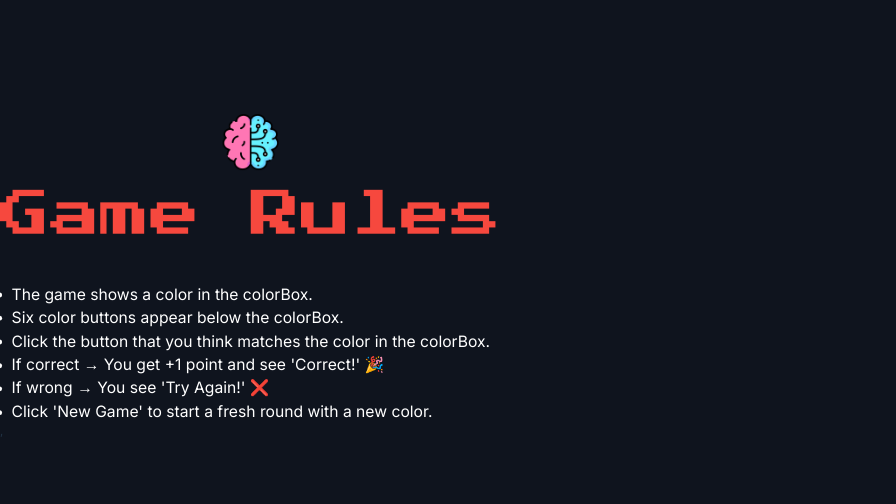
Repository: Shenixo/Color_match_game
Page: /rules
An editor plug-in stored every save of this project. The page is shown before and after a run of saves, followed by the edit.
The browser window is 1280 px wide. The pictures show the part of the page from y = 0 to 1920 px (the page is 720 px tall before and 4368 px after), at 70% of full size.
The project was rebuilt for these pictures with package versions that can differ from the ones it lists, and the page was loaded fresh each time. Also part of the build but not shown: vite.config.js, src/Components/Tab/Tab.css, src/Components/Tab/Tab.jsx, src/Pages/Home/Home.jsx.

Above is the page before, as saved 2025-02-03 06:13:34.

### index.html
<!DOCTYPE html>
<html lang="en">
  <head>
    <meta charset="UTF-8" />
    <link rel="icon" type="image/svg+xml" href="/vite.svg" />
    <meta name="viewport" content="width=device-width, initial-scale=1.0" />
    <link rel="preconnect" href="https://fonts.googleapis.com" />
    <link rel="preconnect" href="https://fonts.gstatic.com" crossorigin />
    <link rel="preconnect" href="https://fonts.googleapis.com">
<link rel="preconnect" href="https://fonts.gstatic.com" crossorigin>
<link href="https://fonts.googleapis.com/css2?family=Inter:ital,opsz,wght@0,14..32,100..900;1,14..32,100..900&family=Poppins:ital,wght@0,100;0,200;0,300;0,400;0,500;0,600;0,700;0,800;0,900;1,100;1,200;1,300;1,400;1,500;1,600;1,700;1,800;1,900&family=Press+Start+2P&display=swap" rel="stylesheet">
    <title>Color Match</title>
  </head>
  <body>
    <div id="root"></div>
    <script type="module" src="/src/main.jsx"></script>
  </body>
</html>

### src/App.jsx
import { Route, Routes } from "react-router-dom";
import "./App.css";
import Home from "./Pages/Home/Home";
import Rules from "./Pages/Rules/Rules";

function App() {
  return (
    <div>
      <Routes>
        <Route path="/" element={<Home />} />
        <Route path="/rules" element={<Rules />} />
      </Routes>
    </div>
  );
}

export default App;

### src/App.css
*{
  padding: 0;
  margin: 0;
  box-sizing: border-box;
  font-family: "Inter", serif;
}
body{
  background: #0f141e;
}

### src/Pages/Rules/Rules.jsx
import Title from "../../Components/Title/Title";
import "./Rules.css"
const Rules = () => {
  return (
    <div>
      <div className="container">
        <Title content="Game Rules" />

        <ul className="rules">
          {gameRules.map((rule) => (
            <li key={rule}>{rule}</li>
          ))}
        </ul>
      </div>
    </div>
  );
};

export default Rules;
const gameRules = [
  "The game shows a color in the colorBox.",
  "Six color buttons appear below the colorBox.",
  "Click the button that you think matches the color in the colorBox.",
  "If correct → You get +1 point and see 'Correct!' 🎉",
  "If wrong → You see 'Try Again!' ❌",
  "Click 'New Game' to start a fresh round with a new color.",
];

### src/Components/Title/Title.jsx
/* eslint-disable react/prop-types */
import "./Title.css"
import brain from "../../assets/brain.png"
import { Link } from "react-router-dom"
const Title = ({content}) => {
  return (
    <div className="title">
          <h1>{content}</h1>
          <Link to="/">
          <img src={brain} alt="Brain image" width={80} />
          </Link>
    </div>
  )
}

export default Title

### src/Pages/Home/Home.css
.home{
    width: 100%;
    max-height: 100svh;
}
.container{
    display: flex;
    align-items: center;
    justify-content: center;
    margin-top: 10%;
    flex-direction: column;
    gap: 1rem;
}

### src/Pages/Rules/Rules.css
.rules{
    color: white;
    font-size: 1.4rem;
}

### src/Components/Title/Title.css
.title {
  display: flex;
  align-items: center;
  gap: 1rem;
  color: #f6483e;
  font-size: 1.4rem;
  margin-bottom: 2.5rem;
  flex-direction: column-reverse;
}
.title h1 {
  font-family: "Press Start 2P", serif;
}

Loaded but not shown: src/main.jsx (common file); src/index.css (common file)

After the next 2 saves:
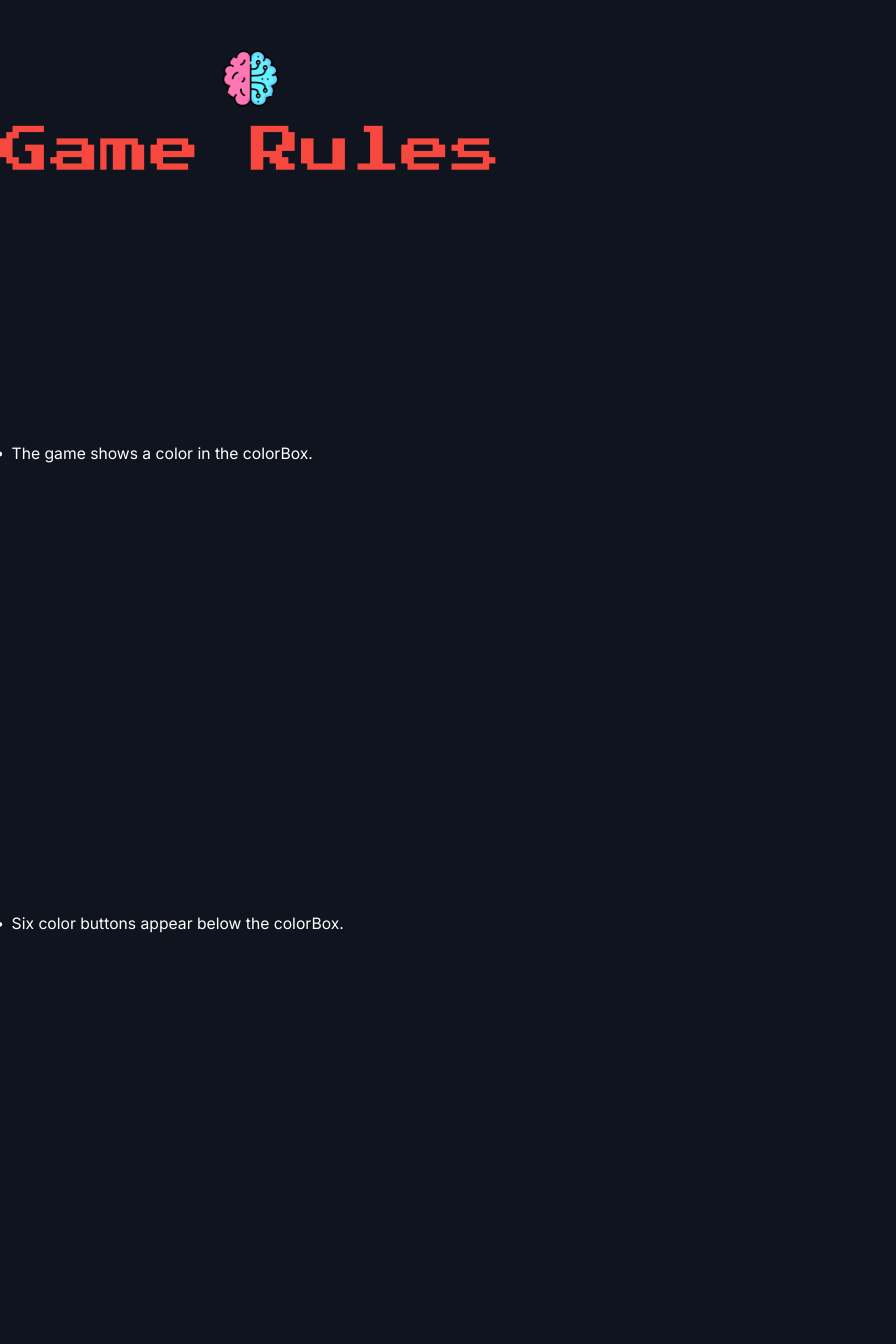
The 2 saves are shown as one change because they came seconds apart.
The last was saved 11 s later.
--- a/src/Pages/Rules/Rules.css
+++ b/src/Pages/Rules/Rules.css
@@ -1,4 +1,5 @@
 .rules{
     color: white;
     font-size: 1.4rem;
+    line-height: 30;
 }

After the save that followed:
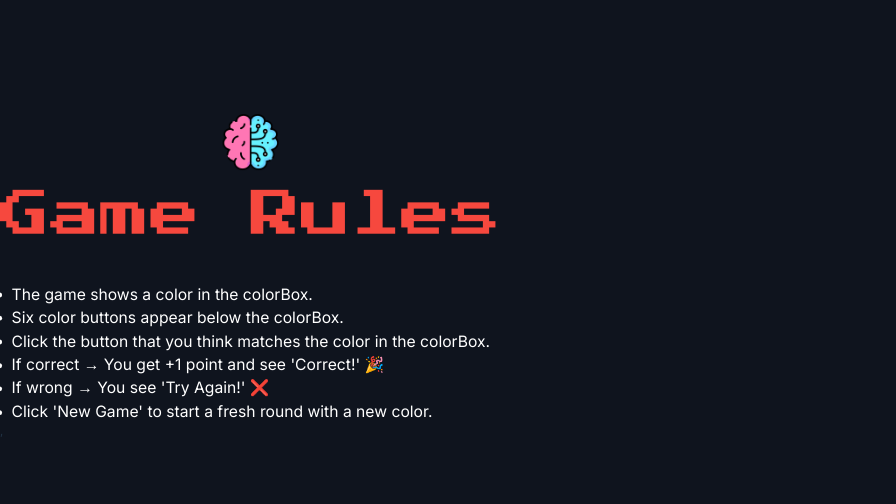
Saved 4 s later.
--- a/src/Pages/Rules/Rules.css
+++ b/src/Pages/Rules/Rules.css
@@ -1,5 +1,4 @@
 .rules{
     color: white;
     font-size: 1.4rem;
-    line-height: 30;
 }
